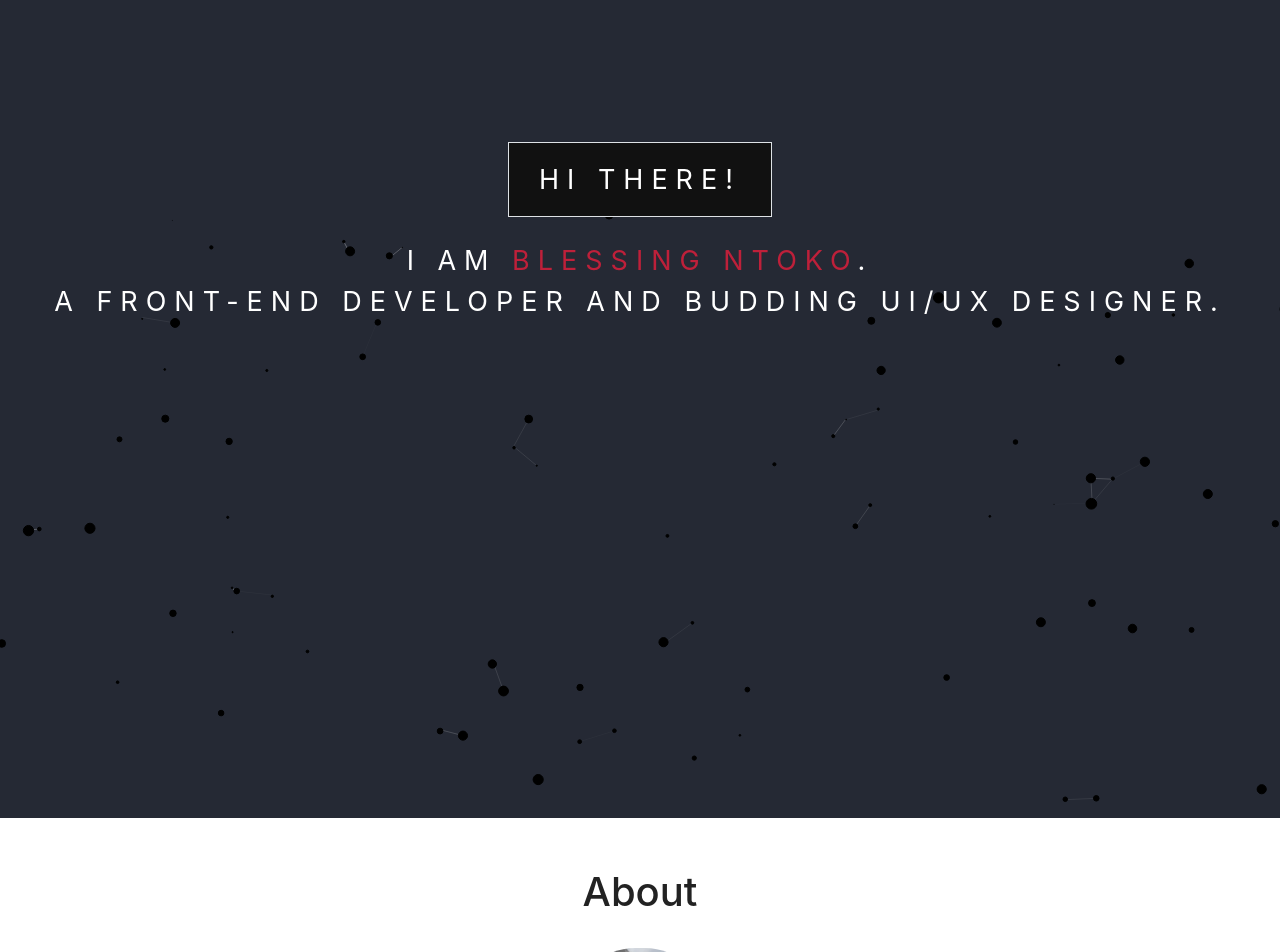
Repository: blessingNtoko/portfolio_noangular
Page: index.html
An editor plug-in stored every save of this project. The page is shown before and after the next save, followed by the edit.
The browser window is 1280 px wide. The pictures show the part of the page from y = 0 to 952 px (the page is 4498 px tall).
Backgrounds fixed to the window are drawn as part of the page.

Above is the page before, as saved 2020-04-14 19:12:06.

After the next save:
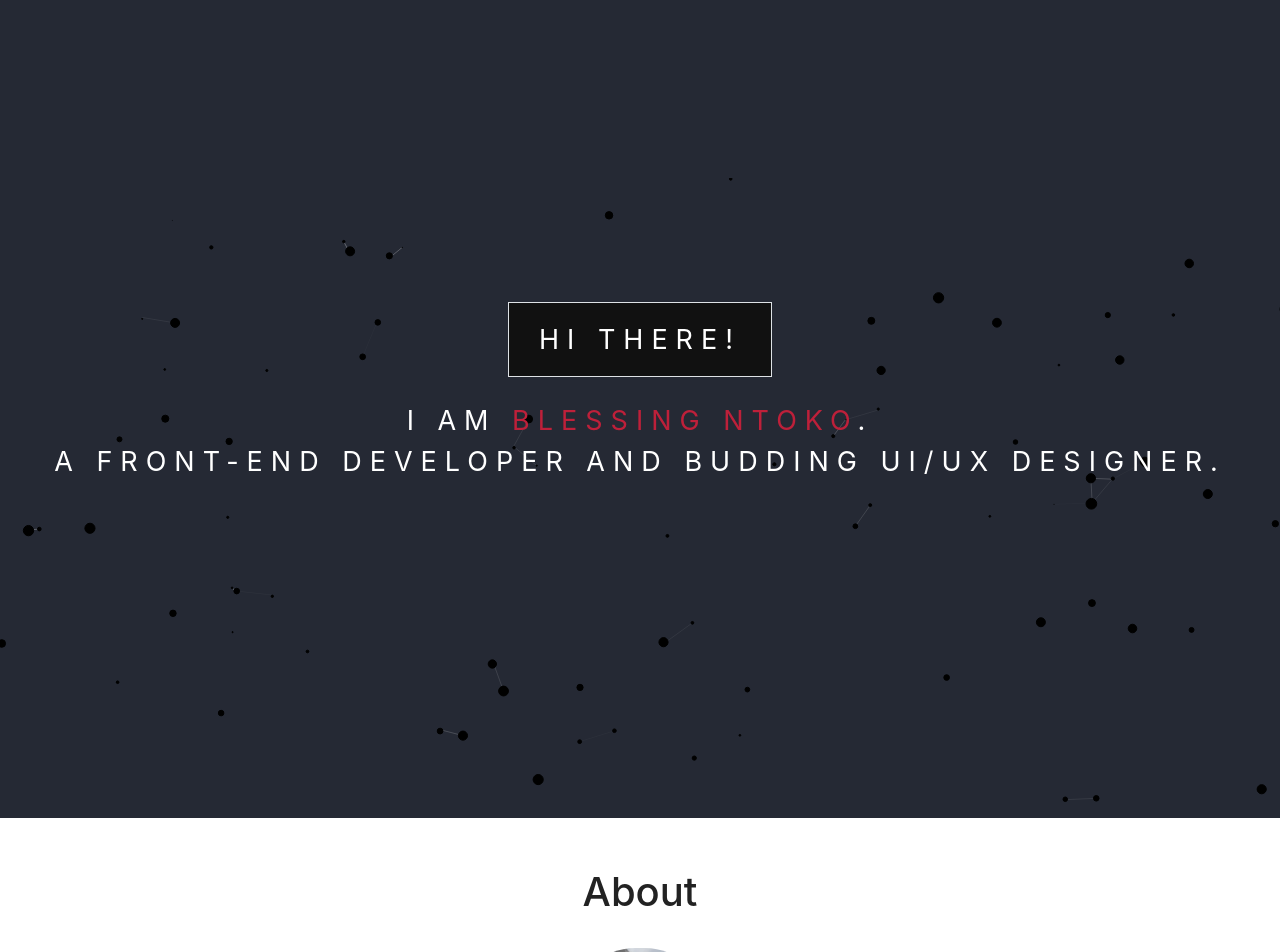
Saved 7 s later.
--- a/css/index.css
+++ b/css/index.css
@@ -60,7 +60,7 @@
 
 .ptext {
     position: absolute;
-    top: 10rem;
+    top: 20rem;
     width: 100%;
     text-align: center;
     color: white;
